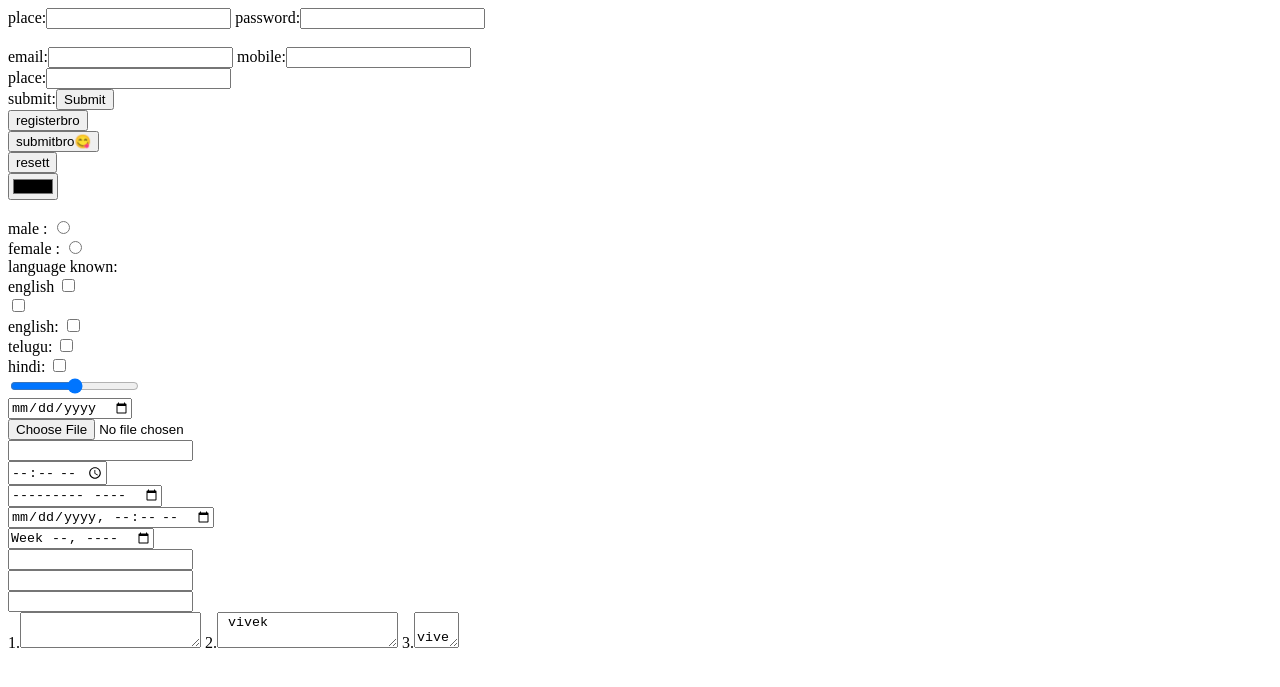
Repository: viveknaidu007/repo-113-HTML
Page: 9.html
The author's editor kept a copy of each file at every save. The page is drawn from the files as they stood at one save, then again after the next save.
The browser window is 1280 px wide. The pictures show the whole page.

Above is the page before, as saved 2024-06-15 22:00:58.

### 9.html
<!DOCTYPE html>
<html>
    <head>
        <title> forms demo</title>
    </head>

    <body>
        <form action="response.html">
            place:<input type="text">
            password:<input type="password"> <br> <br>
            email:<input type="email">
            mobile:<input type="tel"> <br>
            place:<input type="number"> <br>
            submit:<input type="submit"> <br>
            <input type="submit" value="registerbro"> <br>
            <input type="submit" value="submitbro😋"> <br>
            <input type="reset" value="resett">  <br>
            <input type="color"> <br>
            <input type="hidden"> <br>
            male : <input type="radio" name="gender"> <br>
            female : <input type="radio" name="gender"> <br>
            language known: <br>
            english <input type="checkbox"> <br>
            <input type="checkbox"> <br>
            english: <input type="checkbox"> <br>
            telugu: <input type="checkbox"> <br>
            hindi: <input type="checkbox"> <br>

            <input type="range"> <br>
            <input type="date"> <br>
            <input type="file"> <br>
            <input type="search"> <br>
            <input type="time"> <br>
            <input type="month"> <br>
            <input type="datetime-local"> <br>
            <input type="week"> <br>
            <input type="url"> <br>

            <input type="text" name="place" minlength="3" maxlength="10"> <br>
            <input type="password" required minlength="3" maxlength="10"> <br>

            1.<textarea></textarea>
            2.<textarea> vivek </textarea>
            3.<textarea cols="3"> vivek </textarea>
        </form>
    </body>
</html>

After the next save:
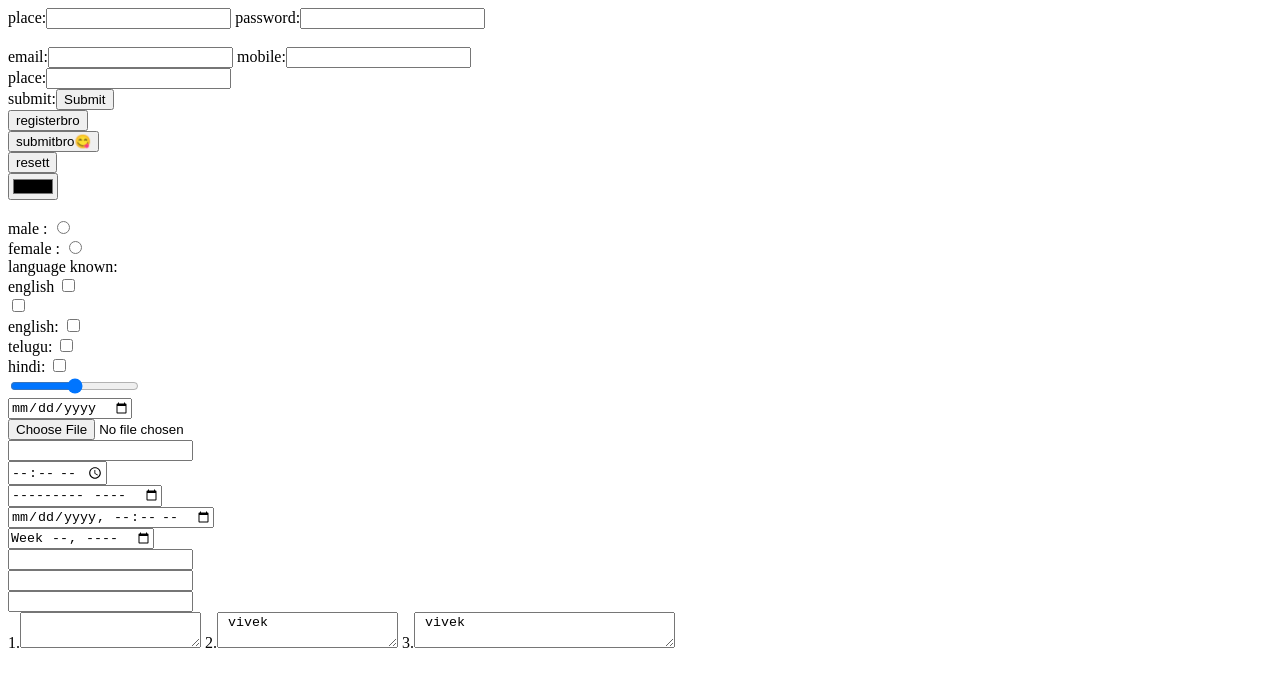
Saved 9 s later.
--- a/9.html
+++ b/9.html
@@ -41,7 +41,7 @@
 
             1.<textarea></textarea>
             2.<textarea> vivek </textarea>
-            3.<textarea cols="3"> vivek </textarea>
+            3.<textarea cols="30"> vivek </textarea>
         </form>
     </body>
 </html>
